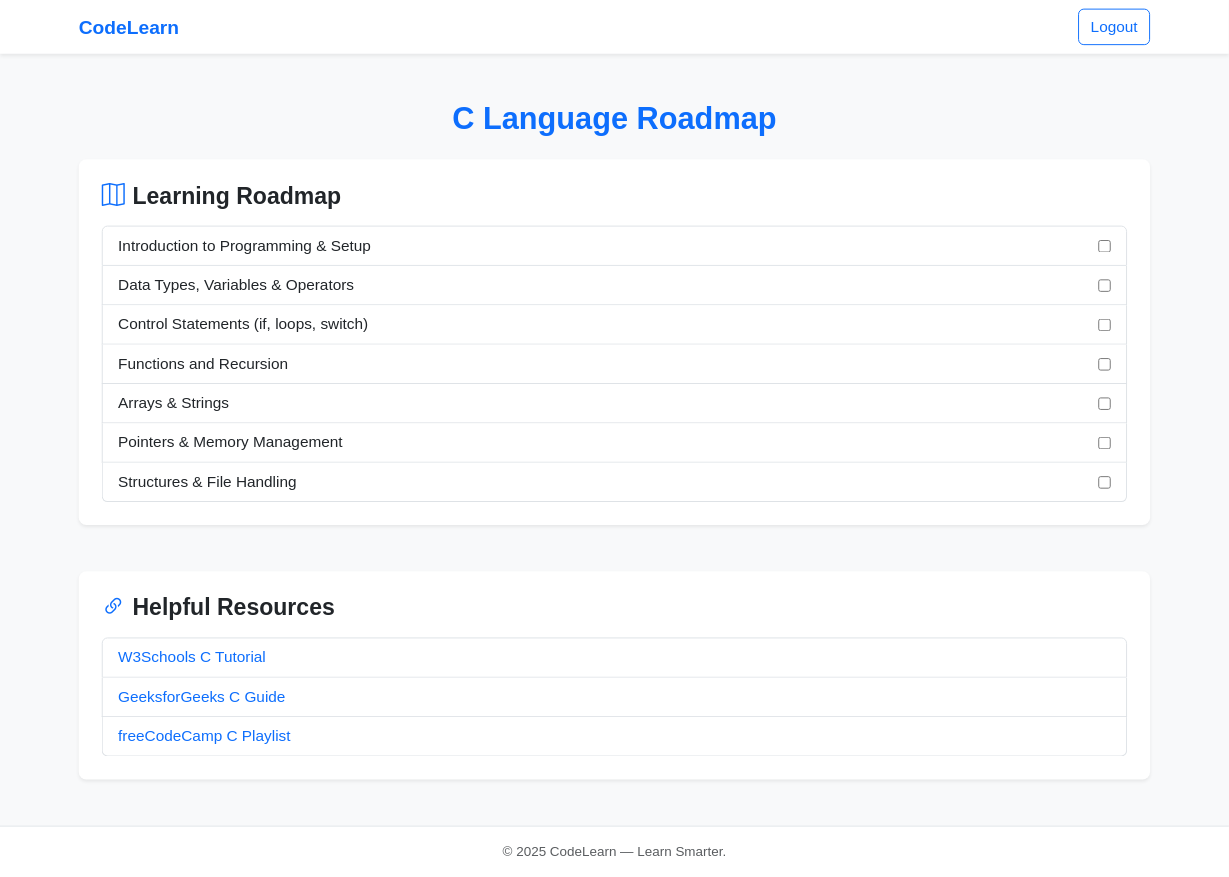
Repository: Aditisoni26/codeLearn
Page: course.html
The author's editor kept a copy of each file at every save. The page is drawn from the files as they stood at one save, then again after the next save.
The browser window is 1280 px wide. The pictures show the whole page, at 96% of full size.

Above is the page before, as saved 2025-10-27 20:35:54.

### course.html
<!DOCTYPE html>
<html lang="en">

<head>
    <meta charset="UTF-8" />
    <meta name="viewport" content="width=device-width, initial-scale=1.0" />
    <title>Course Roadmap | CodeLearn</title>
    <link href="https://cdn.jsdelivr.net/npm/bootstrap@5.3.2/dist/css/bootstrap.min.css" rel="stylesheet" />
    <link href="https://cdn.jsdelivr.net/npm/bootstrap-icons@1.11.1/font/bootstrap-icons.css" rel="stylesheet" />
    <link rel="stylesheet" href="style.css" />
</head>

<body style="background-color: #f8f9fa;">

    <!-- Navbar -->
    <nav class="navbar navbar-expand-lg bg-white shadow-sm">
        <div class="container">
            <a class="navbar-brand fw-bold text-primary" href="home.html">CodeLearn</a>
            <div class="ms-auto">
                <button class="btn btn-outline-primary" id="logoutBtn">Logout</button>
            </div>
        </div>
    </nav>

    <!-- Main Section -->
    <div class="container py-5">
        <h2 class="fw-bold text-center text-primary mb-4" id="courseTitle">Course Roadmap</h2>

        <!-- Roadmap -->
        <div class="roadmap bg-white p-4 rounded-3 shadow-sm mb-5">
            <h4 class="text-dark fw-semibold mb-3"><i class="bi bi-map text-primary me-2"></i>Learning Roadmap</h4>
            <ul class="list-group" id="roadmapList"></ul>
        </div>

        <!-- Resources -->
        <div class="resources bg-white p-4 rounded-3 shadow-sm">
            <h4 class="text-dark fw-semibold mb-3"><i class="bi bi-link-45deg text-primary me-2"></i>Helpful Resources</h4>
            <ul class="list-group" id="resourceList"></ul>
        </div>
    </div>

    <!-- Footer -->
    <footer class="text-center py-3 bg-white border-top text-muted small">
        © 2025 CodeLearn — Learn Smarter.
    </footer>
    <script>
        const params = new URLSearchParams(window.location.search);
        const course = params.get("course") || "C Language";
        const title = document.getElementById("courseTitle");
        title.textContent = course + " Roadmap";

        const courseData = {
            "c": {
                roadmap: [
                    "Introduction to Programming & Setup",
                    "Data Types, Variables & Operators",
                    "Control Statements (if, loops, switch)",
                    "Functions and Recursion",
                    "Arrays & Strings",
                    "Pointers & Memory Management",
                    "Structures & File Handling"
                ],
                resources: [{
                    name: "W3Schools C Tutorial",
                    link: "https://www.w3schools.com/c/"
                }, {
                    name: "GeeksforGeeks C Guide",
                    link: "https://www.geeksforgeeks.org/c-programming-language/"
                }, {
                    name: "freeCodeCamp C Playlist",
                    link: "https://www.youtube.com/watch?v=KJgsSFOSQv0"
                }]
            },
            "cpp": {
                roadmap: [
                    "C++ Basics & Syntax",
                    "Object-Oriented Programming (OOPs)",
                    "STL (Vectors, Maps, Sets)",
                    "Inheritance & Polymorphism",
                    "Templates & Exception Handling",
                    "File Handling & Projects"
                ],
                resources: [{
                    name: "GeeksforGeeks C++ Guide",
                    link: "https://www.geeksforgeeks.org/c-plus-plus/"
                }, {
                    name: "Programiz C++",
                    link: "https://www.programiz.com/cpp-programming"
                }, {
                    name: "freeCodeCamp C++ Course",
                    link: "https://www.youtube.com/watch?v=vLnPwxZdW4Y"
                }]
            },
            "python": {
                roadmap: [
                    "Python Basics & Syntax",
                    "Data Structures (List, Dict, Tuple)",
                    "Functions & Modules",
                    "File Handling & Exceptions",
                    "OOP in Python",
                    "Libraries: NumPy, Pandas, Matplotlib",
                    "Mini Projects"
                ],
                resources: [{
                    name: "Python.org Docs",
                    link: "https://docs.python.org/3/tutorial/"
                }, {
                    name: "freeCodeCamp Python Course",
                    link: "https://www.youtube.com/watch?v=rfscVS0vtbw"
                }, {
                    name: "W3Schools Python",
                    link: "https://www.w3schools.com/python/"
                }]
            },
            "java": {
                roadmap: [
                    "Java Basics & Setup",
                    "Control Structures & Loops",
                    "OOP Concepts",
                    "Collections Framework",
                    "Exception Handling",
                    "Multithreading",
                    "Spring Boot (Advanced)"
                ],
                resources: [{
                    name: "JavaTPoint Java Tutorial",
                    link: "https://www.javatpoint.com/java-tutorial"
                }, {
                    name: "freeCodeCamp Java Course",
                    link: "https://www.youtube.com/watch?v=grEKMHGYyns"
                }, {
                    name: "Oracle Java Docs",
                    link: "https://docs.oracle.com/javase/tutorial/"
                }]
            }
        };

        const roadmapList = document.getElementById("roadmapList");
        const resourceList = document.getElementById("resourceList");
        const data = courseData[course.toLowerCase()] || courseData["c"];

        // Render roadmap
        data.roadmap.forEach((step, i) => {
            const li = document.createElement("li");
            li.className = "list-group-item d-flex justify-content-between align-items-center";
            li.innerHTML = `<span>${step}</span><input type="checkbox" data-step="${i}">`;
            roadmapList.appendChild(li);
        });

        // Render resources
        data.resources.forEach(res => {
            const li = document.createElement("li");
            li.className = "list-group-item";
            li.innerHTML = `<a href="${res.link}" target="_blank" class="text-decoration-none text-primary">${res.name}</a>`;
            resourceList.appendChild(li);
        });

        // Logout
        document.getElementById("logoutBtn").addEventListener("click", () => {
            localStorage.removeItem("user");
            window.location.href = "index.html";
        });
    </script>

</body>

</html>

### style.css
.roadmap li, .resources li {
  transition: all 0.2s ease-in-out;
}
.roadmap li:hover, .resources li:hover {
  background-color: #f0f8ff;
}
body {
  font-family: "Poppins", sans-serif;
}

.card {
  border: none;
  border-radius: 12px;
}

.btn-primary {
  background-color: #2563eb;
  border: none;
}
.btn-primary:hover {
  background-color: #1d4ed8;
}

After the next save:
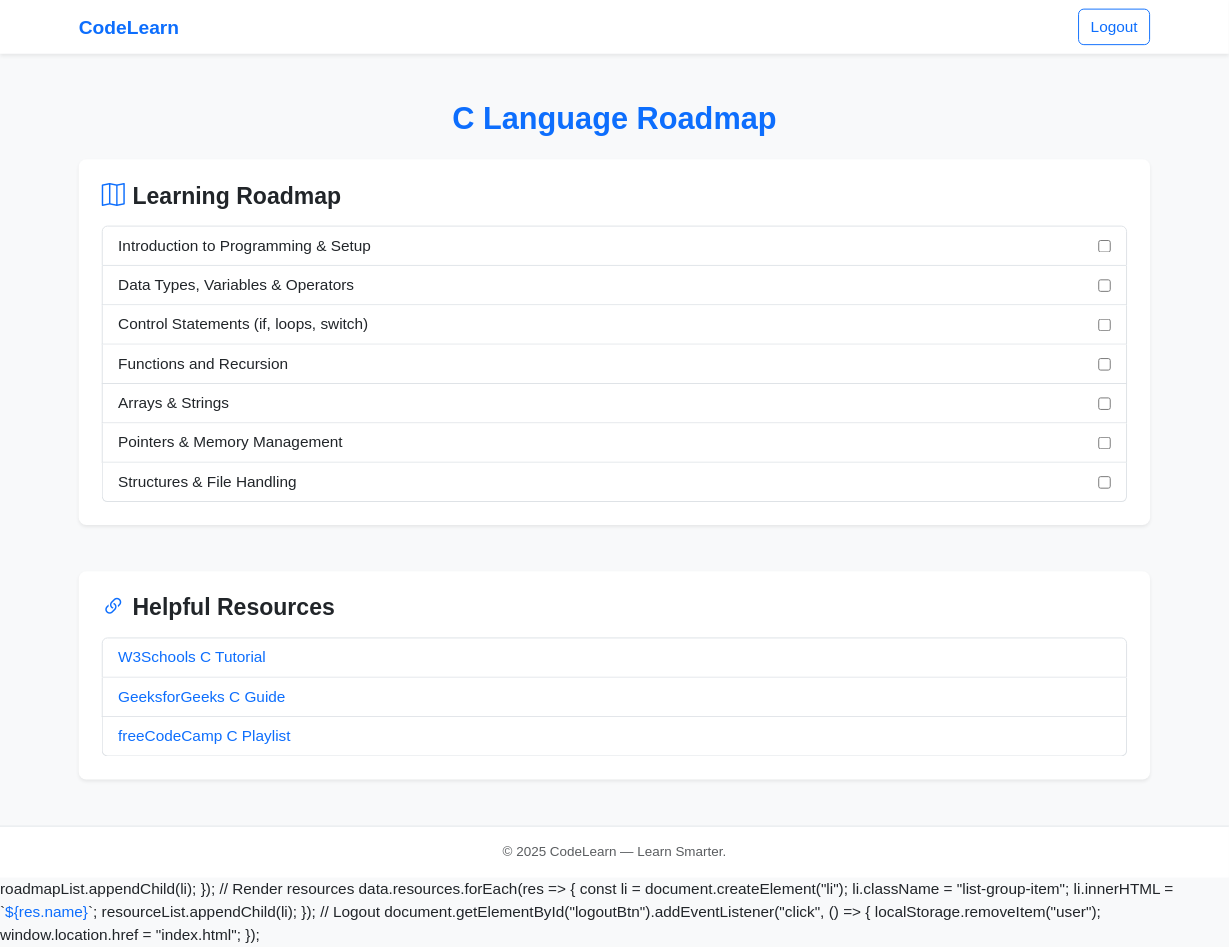
Saved 14 s later.
--- a/course.html
+++ b/course.html
@@ -164,4 +164,24 @@
 
 </body>
 
+</html>     roadmapList.appendChild(li);
+        });
+
+        // Render resources
+        data.resources.forEach(res => {
+            const li = document.createElement("li");
+            li.className = "list-group-item";
+            li.innerHTML = `<a href="${res.link}" target="_blank" class="text-decoration-none text-primary">${res.name}</a>`;
+            resourceList.appendChild(li);
+        });
+
+        // Logout
+        document.getElementById("logoutBtn").addEventListener("click", () => {
+            localStorage.removeItem("user");
+            window.location.href = "index.html";
+        });
+    </script>
+
+</body>
+
 </html>

After the 2 saves that followed:
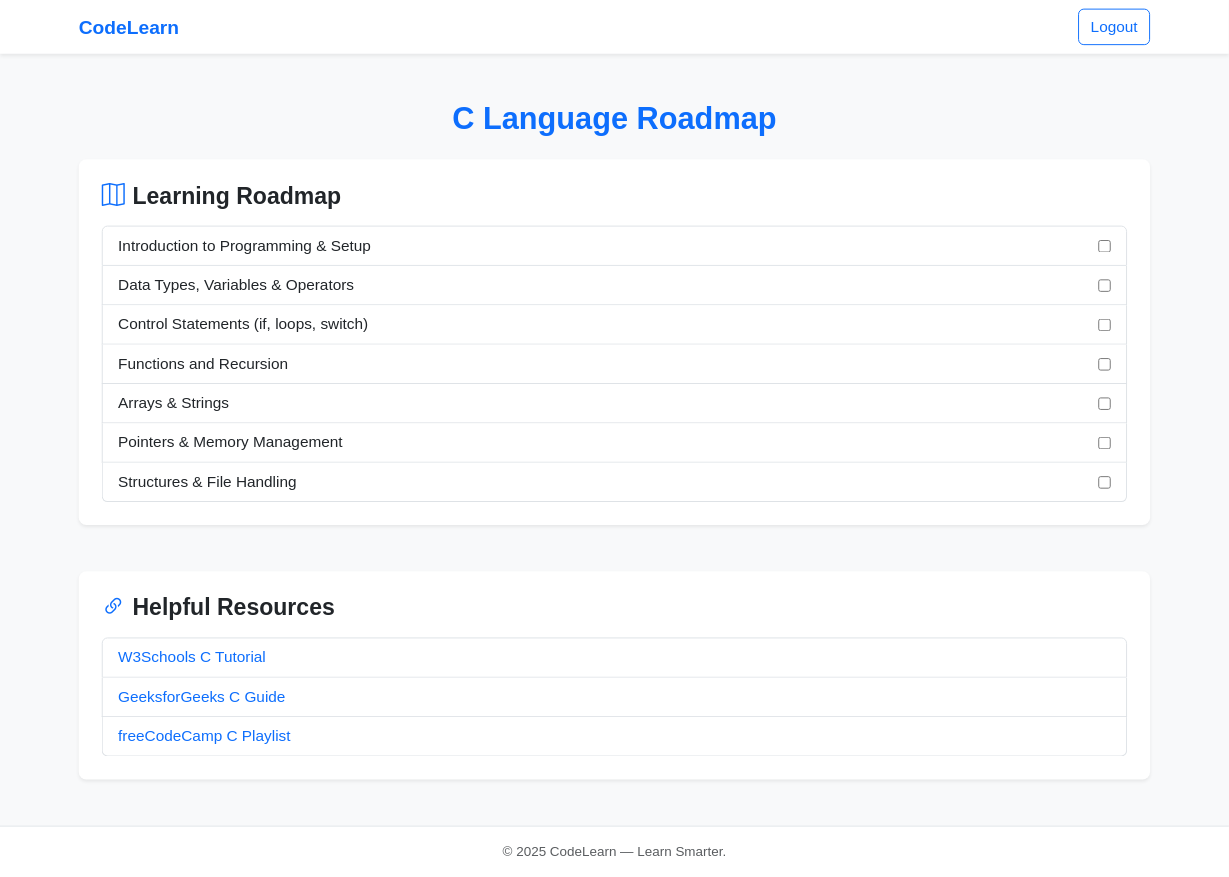
The 2 saves are shown as one change because 1 left the picture as it was.
The last was saved 60 s later.
--- a/course.html
+++ b/course.html
@@ -164,24 +164,4 @@
 
 </body>
 
-</html>     roadmapList.appendChild(li);
-        });
-
-        // Render resources
-        data.resources.forEach(res => {
-            const li = document.createElement("li");
-            li.className = "list-group-item";
-            li.innerHTML = `<a href="${res.link}" target="_blank" class="text-decoration-none text-primary">${res.name}</a>`;
-            resourceList.appendChild(li);
-        });
-
-        // Logout
-        document.getElementById("logoutBtn").addEventListener("click", () => {
-            localStorage.removeItem("user");
-            window.location.href = "index.html";
-        });
-    </script>
-
-</body>
-
 </html>
